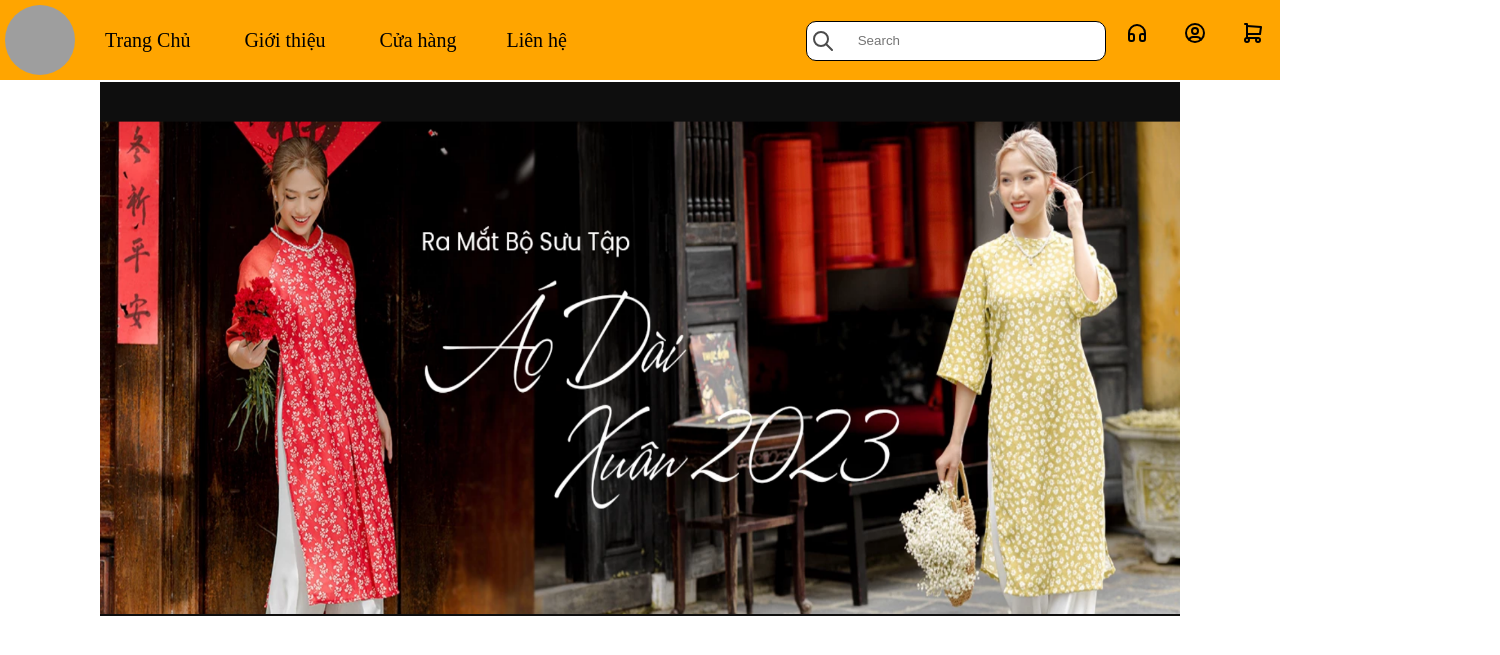
Repository: manhhieu120499/test-page
Page: index.html
These files come from the project's save history. The page is drawn as it stood at one moment and after the next save; the edit follows.
The browser window is 1280 px wide. The page is 1280 px wide, then 1500 px, so the pictures cover 1500 px, including what lies to the right of the window. The pictures show the whole page.
Pictures or frames that could not be fetched are drawn as grey boxes.

Above is the page before, as saved 2023-01-11 23:41:46.

### index.html
<!DOCTYPE html>
<html lang="en">

<head>
    <meta charset="UTF-8">
    <meta http-equiv="X-UA-Compatible" content="IE=edge">
    <meta name="viewport" content="width=device-width, initial-scale=1.0">
    <title>Document</title>
    <link rel="stylesheet" href="./style.css">
</head>

<body>
    <div id="header">
        <div class="left-sidebar">
            <img src="https://t3.ftcdn.net/jpg/03/02/36/70/360_F_302367092_vmqO9rSPmluZJFuOFFNzjGwimbChoIAZ.jpg"
                alt="logo-shop">
            <ul class="sub-menu">
                <li><a href="#">Trang Chủ</a></li>
                <li><a href="#">Giới thiệu</a></li>
                <li><a href="#">Cửa hàng</a< /li>
                <li><a href="#">Liên hệ</a></li>
            </ul>

        </div>

        <div class="right-sidebar">
            <input type="text" placeholder="           Search" />
            <a href="#" class="search">
                <svg xmlns="http://www.w3.org/2000/svg" class="icon icon-tabler icon-tabler-search" width="24" height="24" viewBox="0 0 24 24" stroke-width="2" stroke="currentColor" fill="none" stroke-linecap="round" stroke-linejoin="round">
                    <path stroke="none" d="M0 0h24v24H0z" fill="none"></path>
                    <circle cx="10" cy="10" r="7"></circle>
                    <line x1="21" y1="21" x2="15" y2="15"></line>
                 </svg>
            </a>
            <a href="#" class="telesale">
                <svg xmlns="http://www.w3.org/2000/svg" class="icon icon-tabler icon-tabler-headphones" width="24"
                    height="24" viewBox="0 0 24 24" stroke-width="2" stroke="currentColor" fill="none"
                    stroke-linecap="round" stroke-linejoin="round">
                    <path stroke="none" d="M0 0h24v24H0z" fill="none"></path>
                    <rect x="4" y="13" rx="2" width="5" height="7"></rect>
                    <rect x="15" y="13" rx="2" width="5" height="7"></rect>
                    <path d="M4 15v-3a8 8 0 0 1 16 0v3"></path>
                </svg>
            </a>
            <a href="#" class="person">
                <svg xmlns="http://www.w3.org/2000/svg" class="icon icon-tabler icon-tabler-user-circle" width="24"
                    height="24" viewBox="0 0 24 24" stroke-width="2" stroke="currentColor" fill="none"
                    stroke-linecap="round" stroke-linejoin="round">
                    <path stroke="none" d="M0 0h24v24H0z" fill="none"></path>
                    <circle cx="12" cy="12" r="9"></circle>
                    <circle cx="12" cy="10" r="3"></circle>
                    <path d="M6.168 18.849a4 4 0 0 1 3.832 -2.849h4a4 4 0 0 1 3.834 2.855"></path>
                </svg>
            </a>
            <a href="#" class="shopping-cart">
                <svg xmlns="http://www.w3.org/2000/svg" class="icon icon-tabler icon-tabler-shopping-cart" width="24"
                    height="24" viewBox="0 0 24 24" stroke-width="2" stroke="currentColor" fill="none"
                    stroke-linecap="round" stroke-linejoin="round">
                    <path stroke="none" d="M0 0h24v24H0z" fill="none"></path>
                    <circle cx="6" cy="19" r="2"></circle>
                    <circle cx="17" cy="19" r="2"></circle>
                    <path d="M17 17h-11v-14h-2"></path>
                    <path d="M6 5l14 1l-1 7h-13"></path>
                </svg>
            </a>
        </div>
    </div>

    <div class="body">
        <div class="shop-picture">
            <img src="./logo-tet.png" alt="picture">
        </div>
    </div>

    <div id="footer">

    </div>
</body>

</html>

### style.css
* {
    margin: 0;
    padding: 0;
    box-sizing: border-box;
}

#header {
    width: 100vw;
    height: 80px;
    background-color: orange;
    display: flex;
    justify-content: space-between;
}

.left-sidebar {
    display: flex;
}

.left-sidebar img {
    width: 70px;
    height: 70px;
    border-radius: 50%;
    margin: 5px;
}

.sub-menu li {
   list-style: none;
   display: inline-block;
   line-height: 80px;
   padding: 0px 25px;
}

.sub-menu li a {
    text-decoration: none;
    color: black;
    font-size: 20px;
}

.right-sidebar a {
    display: inline-block;
    line-height: 80px;
    padding: 0 15px;
    color: black;
}

input {
    padding: 10px 10px;
    width: 300px;
    height: 40px;
    border: 1px solid black;
    border-radius: 10px;
    position: relative;
}

.search {
    position: absolute;
    right: 430px;
    top: 8px;
    opacity: 0.7;
}

body {
    height: 100vh;
}

.shop-picture img {
    display: block;
    height: 534px;
    width: 1080px;
    margin: 2px auto;
}

After the next save:
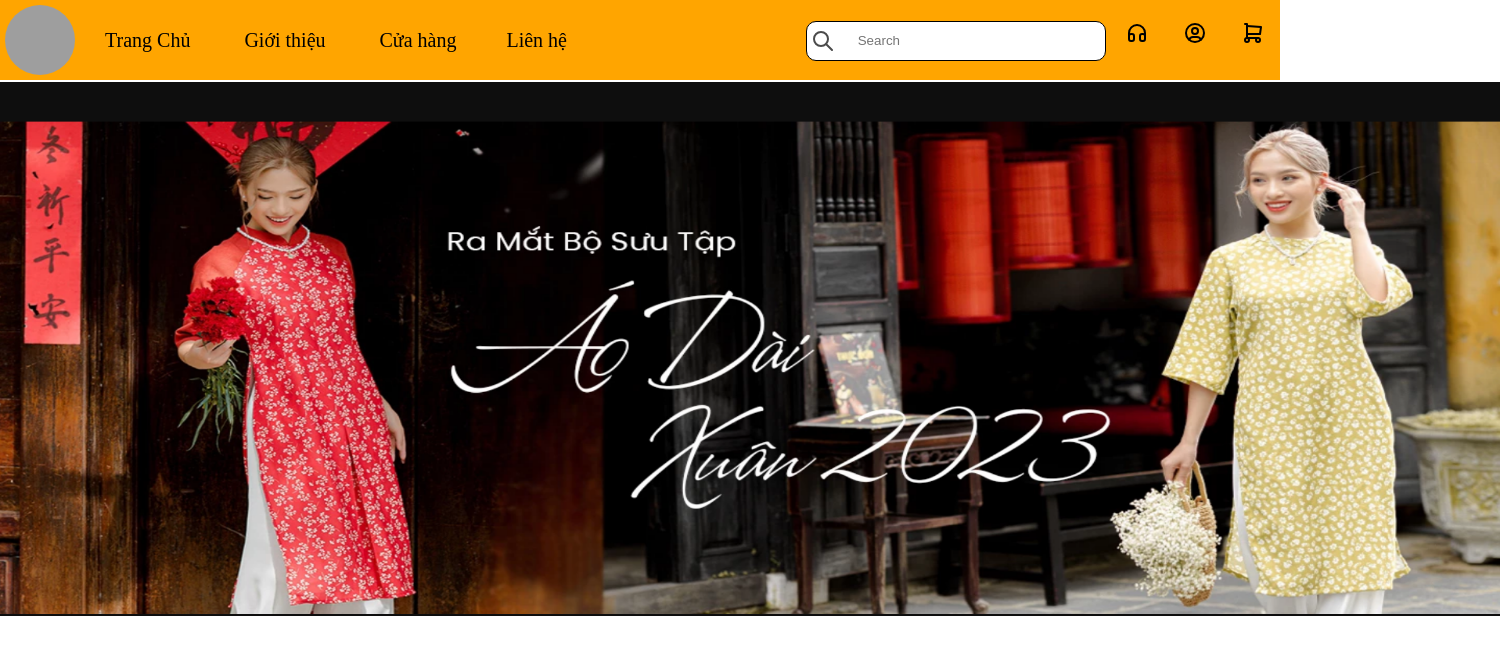
Saved 10 s later.
--- a/style.css
+++ b/style.css
@@ -66,6 +66,6 @@ body {
 .shop-picture img {
     display: block;
     height: 534px;
-    width: 1080px;
+    width: 1500px;
     margin: 2px auto;
 }
